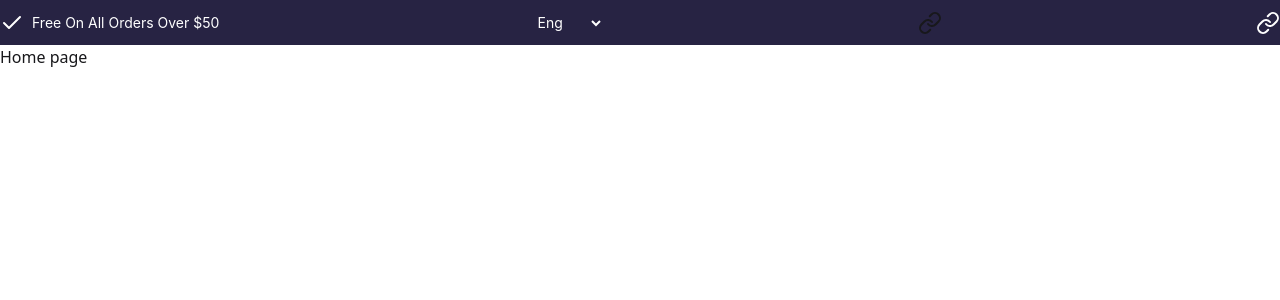
Repository: Neda0o0/store-template-website
Page: /
An editor plug-in stored every save of this project. The page is shown before and after the next save, followed by the edit.
The browser window is 1280 px wide. The pictures show the whole page.
The project was rebuilt for these pictures with package versions that can differ from the ones it lists, and the page was loaded fresh each time. Also part of the build but not shown: vite.config.js, src/Pages/Auth/Auth.jsx, src/Pages/Auth/Login/Login.jsx, src/Pages/Auth/Register/Register.jsx, src/Pages/Error/Error.jsx, src/AuthCheck/AuthCheck.jsx.

Above is the page before, as saved 2025-10-20 17:17:28.

### index.html
<!doctype html>
<html lang="en">
  <head>
    <meta charset="UTF-8" />
    <link rel="icon" type="image/svg+xml" href="/vite.svg" />
    <meta name="viewport" content="width=device-width, initial-scale=1.0" />
    <title>new-project</title>
  </head>
  <body>
    <div id="root"></div>
    <script type="module" src="/src/main.jsx"></script>
  </body>
</html>

### src/main.jsx
import { StrictMode } from "react";
import { createRoot } from "react-dom/client";
import MainLayout from "./MainLayout/MainLayout";
import "./index.css";

createRoot(document.getElementById("root")).render(
  <StrictMode>
    <MainLayout />
  </StrictMode>
);

### src/MainLayout/MainLayout.jsx
import { BrowserRouter, Route, Routes } from "react-router";
import Navbar from "../components/Navbar/Navbar";
import Home from "../Pages/Home/Home";
import Auth from "../Pages/Auth/Auth";
import Login from "../Pages/Auth/Login/Login";
import Register from "../Pages/Auth/Register/Register";
import Error from "../Pages/Error/Error";
import AuthCheck from "../AuthCheck/AuthCheck";

const MainLayout = () => {
  return (
    <BrowserRouter>
      {/* Navbar */}
      <Navbar />
      <Routes>
        <Route
          path="/"
          element={
            <AuthCheck>
              <Home />
            </AuthCheck>
          }
        />
        <Route path="auth" element={<Auth />}>
          <Route path="login" element={<Login />} />
          <Route path="register" element={<Register />} />
        </Route>
        {/* not found routes */}
        <Route path="*" element={<Error />} />
      </Routes>
    </BrowserRouter>
  );
};
export default MainLayout;

### src/index.css
@import "tailwindcss";
@plugin "daisyui";

/* google font inter */
@import url("https://fonts.googleapis.com/css2?family=Inter:ital,opsz,wght@0,14..32,100..900;1,14..32,100..900&display=swap");

@theme {
  --font-inter: "Inter", sans-serif;
}

### src/components/Navbar/Navbar.jsx
import { Armchair, Check } from "lucide-react";
import { Link } from "lucide-react";

const Navbar = () => {
  return (
    <div>
      <div className="navbar_top flex items-center justify-center bg-[#272343] w-full h-[45px]">
        <div className="lg:container flex justify-between items-center">
          <p className="flex items-center gap-2 text-sm font-inter font-normal text-white capitalize">
            <Check />
            Free on all orders over $50
          </p>
          <div className="navbar_top_right">
            <select
              defaultValue="Server location"
              className=" bg-none h-[30px] w-[70px] text-sm font-inter font-normal capitalize text-white"
            >
              <option>eng</option>
              <option>Farsi</option>
            </select>
          </div>
          <button>
            <Link>Faqs</Link>
          </button>
          <button className="text-sm text-white font-inter font-normal capitalize">
            <Link>need help</Link>
          </button>
        </div>
      </div>
    </div>
  );
};
export default Navbar;

### src/Pages/Home/Home.jsx
const Home = () => {
  return <div>Home page</div>;
};
export default Home;

After the next save:
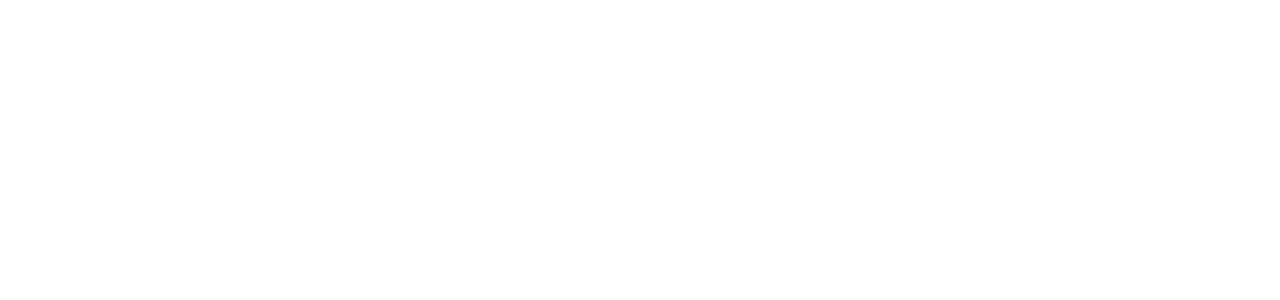
Console error: ReferenceError: Info is not defined
Saved 78 s later.
--- a/src/components/Navbar/Navbar.jsx
+++ b/src/components/Navbar/Navbar.jsx
@@ -22,7 +22,9 @@
           <button>
             <Link>Faqs</Link>
           </button>
-          <button className="text-sm text-white font-inter font-normal capitalize">
+          <button className="text-sm text-white font-inter font-normal capitalize ">
+            {" "}
+            <Info />
             <Link>need help</Link>
           </button>
         </div>

After the save that followed:
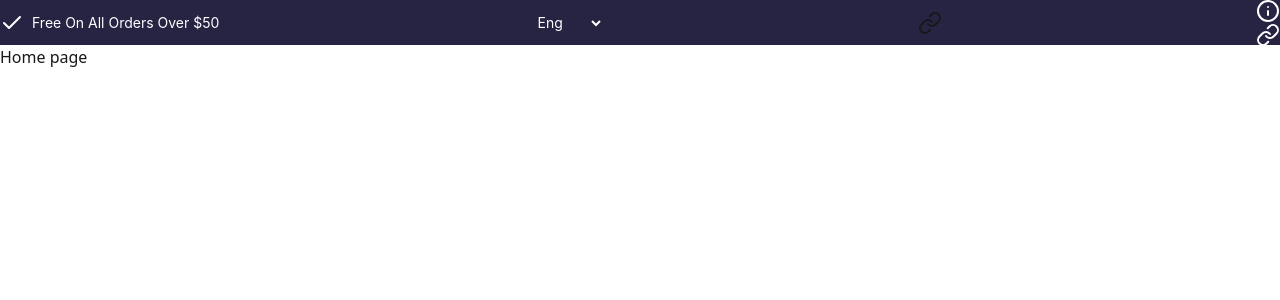
The error is gone.
Saved 10 s later.
--- a/src/components/Navbar/Navbar.jsx
+++ b/src/components/Navbar/Navbar.jsx
@@ -1,4 +1,4 @@
-import { Armchair, Check } from "lucide-react";
+import { Armchair, Check, Info } from "lucide-react";
 import { Link } from "lucide-react";
 
 const Navbar = () => {
